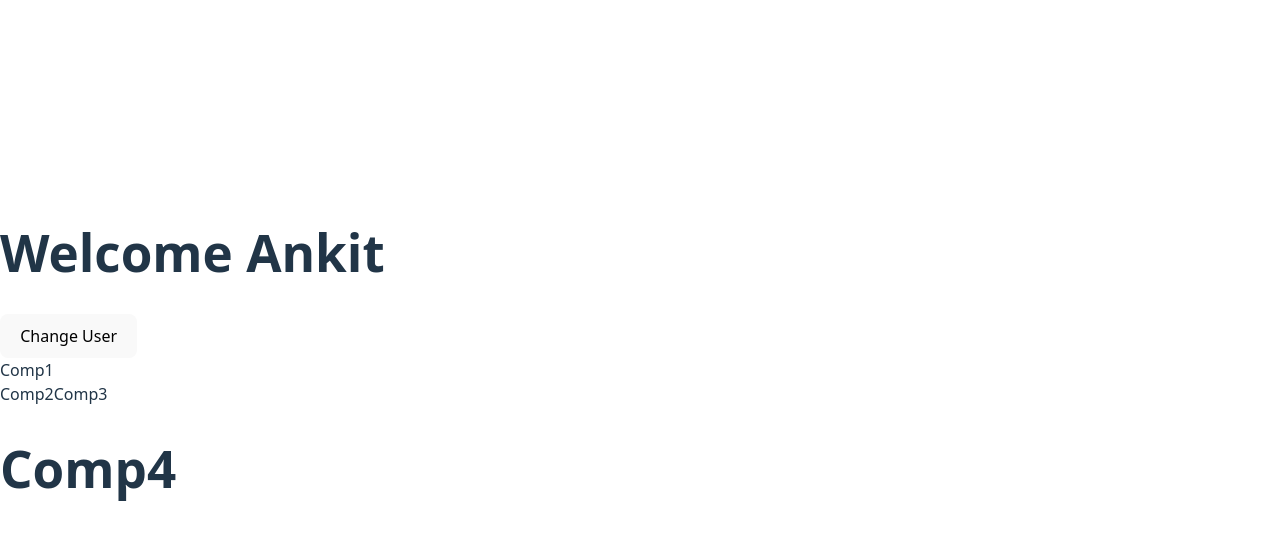
Repository: ankitgujre01/myAppContext2
Page: /
An editor plug-in stored every save of this project. The page is shown before and after the next save, followed by the edit.
The browser window is 1280 px wide. The pictures show the whole page.
The project was rebuilt for these pictures with package versions that can differ from the ones it lists, and the page was loaded fresh each time. Also part of the build but not shown: vite.config.js.

Above is the page before, as saved 2025-04-16 17:40:32.

After the next save:
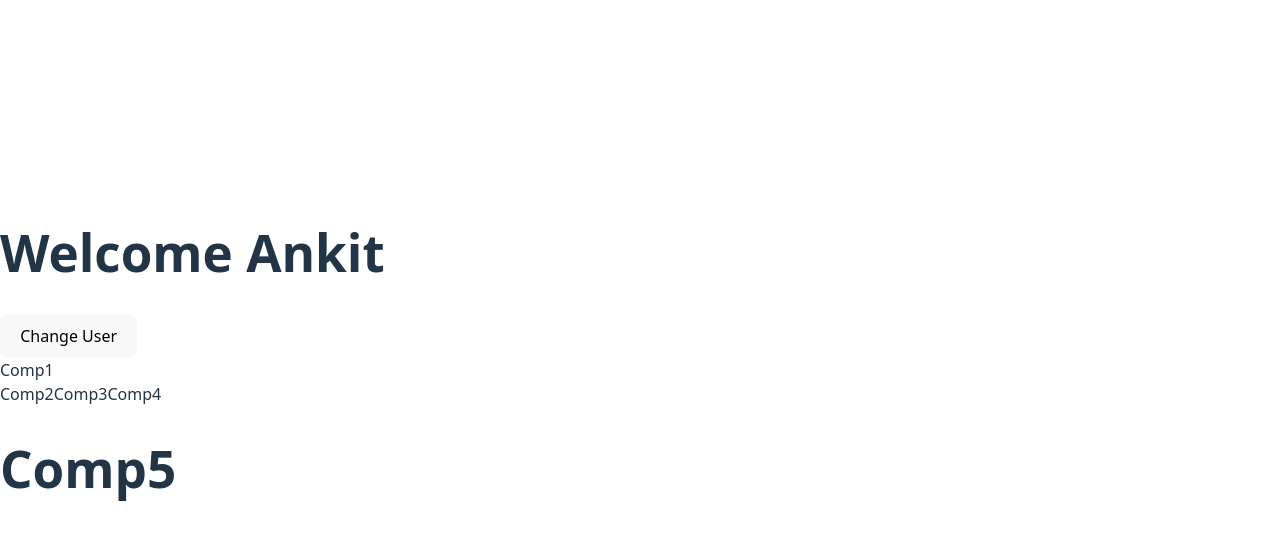
Saved 13 s later.
--- a/src/Comp4.jsx
+++ b/src/Comp4.jsx
@@ -1,10 +1,12 @@
 import React from 'react'
+import Comp5 from './Comp5';
 
-const Comp4 = () => {
+
+const Comp4 = ({user}) => {
   return (
-      // <div>Comp4</div>
       <>
-      <h1>Comp4</h1>
+          Comp4
+          <Comp5 user={user}/>
       </>
   )
 }
